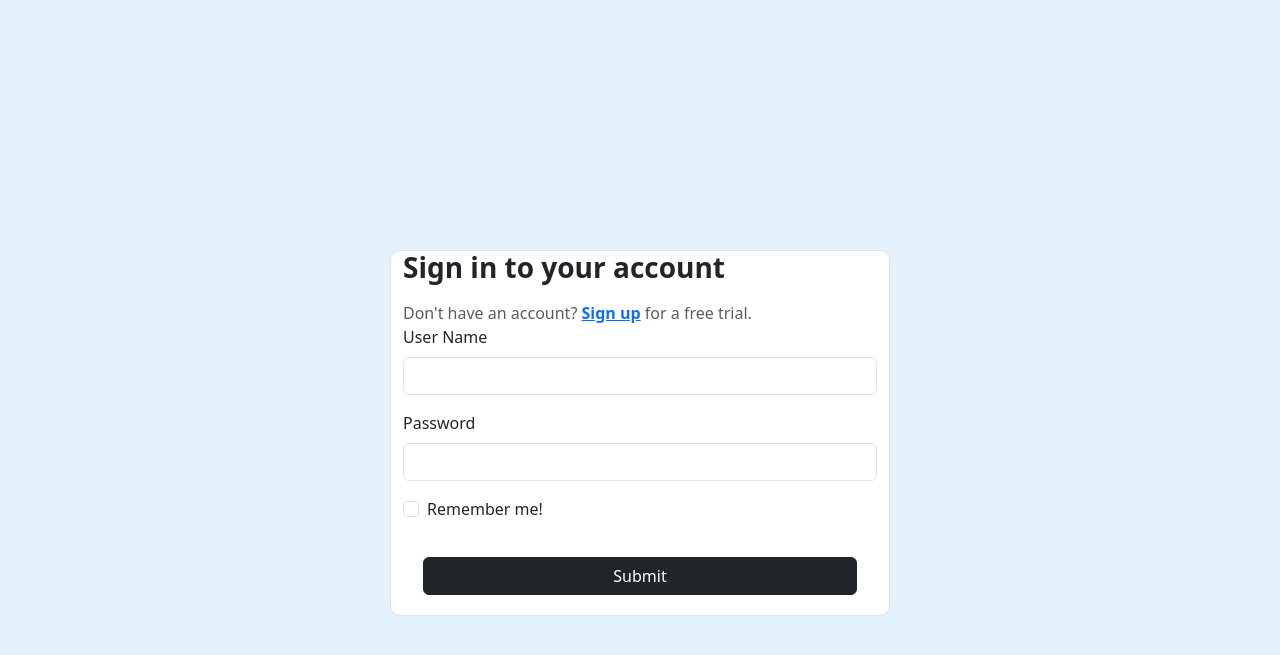
Repository: tranhuuan1703/BaiTapServlet
Page: http://localhost/bai_tap_jsp_servlet/loginPageController
These files come from the project's save history. The page is drawn as it stood at one moment and after the next save; the edit follows.
The browser window is 1280 px wide. The pictures show the whole page.
The page is served by Tomcat 9. Other server files are loaded and not shown.

Above is the page before, as saved 2024-08-14 07:02:23.

### bai_tap_jsp_servlet/bai_tap_jsp_servlet/src/main/webapp/views/login.jsp
<%@ page language="java" contentType="text/html; charset=UTF-8"
    pageEncoding="UTF-8"%>


<%@ taglib prefix = "c" uri = "http://java.sun.com/jsp/jstl/core" %>
<!DOCTYPE html>
<html>
<head>
<meta charset="UTF-8">
<title>Insert title here</title>
<link href="https://cdn.jsdelivr.net/npm/bootstrap@5.3.3/dist/css/bootstrap.min.css"
		rel="stylesheet"
		integrity="sha384-QWTKZyjpPEjISv5WaRU9OFeRpok6YctnYmDr5pNlyT2bRjXh0JMhjY6hW+ALEwIH"
		crossorigin="anonymous">
<link href="<c:url value="/css/base.css"/>" rel="stylesheet" type="text/css" />
<script src="https://cdn.jsdelivr.net/npm/bootstrap@5.3.3/dist/js/bootstrap.bundle.min.js"
		integrity="sha384-YvpcrYf0tY3lHB60NNkmXc5s9fDVZLESaAA55NDzOxhy9GkcIdslK1eN7N6jIeHz"
		crossorigin="anonymous"></script>
<script src="https://ajax.googleapis.com/ajax/libs/jquery/1.12.0/jquery.min.js"></script>
</head>

<body>

	<%

		String userNameError = request.getAttribute("message_userName")+"";
		String passWordError = request.getAttribute("message_passWord")+"";

		String userName = request.getAttribute("userName")+"";
		String passWord = request.getAttribute("passWord")+"";

		userNameError = (!userNameError.equals("null"))? userNameError: "";
		passWordError = (!passWordError.equals("null"))? passWordError: "";

		userName = (!userName.equals("null"))? userName: "";
		passWord = (!passWord.equals("null"))? passWord: "";


	%>



	<div class="container border bg-white" style="margin-top:250px; width:500px; border-radius: 10px;">
		 <div class="w-md-50 mx-auto px-10 px-md-0 py-10">

		 	<div class="mb-10">
                <a class="d-inline-block d-lg-none mb-10" href="/pages/dashboard.html">
                    <img src="../../img/logos/logo-dark.svg" class="h-rem-10" alt="...">
                </a>
                <h1 class="ls-tight fw-bolder h3">Sign in to your account</h1>
                <div class="mt-3 text-sm text-muted"><span>Don't have an account?</span>
                    <a href="/pages/register.html" class="fw-semibold">Sign up</a> for a free trial.
                </div>
            </div>


		<form action="login" method="post">
		  <!-- message div-->
		  <div class="mb-3">
		    <label for="exampleInputEmail1" class="form-label">User Name</label>
		    <input type="text" class="form-control" id="exampleInputEmail1" aria-describedby="emailHelp" name="email" value="<%= userName %>" required>
		    <span class="rq"><%= userNameError %></span>

		  </div>

		  <div class="mb-3">
		    <label for="exampleInputPassword1" class="form-label">Password</label>
		    <input type="password" class="form-control" id="exampleInputPassword1" name="password" value="<%= passWord %>" required>
		    <span class="rq"><%= passWordError %></span>
		  </div>

		  <div class="mb-3 form-check">
		    <input type="checkbox" class="form-check-input" id="exampleCheck1" name="rememberMe">
		    <label class="form-check-label" for="exampleCheck1" >Remember me!</label>
		  </div>
		  <div class="grid text-center" style="padding:20px;">
		  	<button type="submit" class="btn btn-dark w-100">Submit</button>
		  </div>

		</form>


		 </div>


	</div>



</body>

</html>

### bai_tap_jsp_servlet/bai_tap_jsp_servlet/src/main/java/controller/loginPageController.java
package controller;

import java.io.IOException;
import java.sql.ResultSet;

import javax.servlet.ServletException;
import javax.servlet.annotation.WebServlet;
import javax.servlet.http.Cookie;
import javax.servlet.http.HttpServlet;
import javax.servlet.http.HttpServletRequest;
import javax.servlet.http.HttpServletResponse;
import javax.servlet.http.HttpSession;

import dao.loginDao;
import entity.Admin;

/**
 * Servlet implementation class loginPageController
 */
@WebServlet("/loginPageController")
public class loginPageController extends HttpServlet {
	private static final long serialVersionUID = 1L;

    /**
     * @see HttpServlet#HttpServlet()
     */
    public loginPageController() {
        super();
        // TODO Auto-generated constructor stub
    }

	/**
	 * @see HttpServlet#doGet(HttpServletRequest request, HttpServletResponse response)
	 */
	protected void doGet(HttpServletRequest request, HttpServletResponse response) throws ServletException, IOException {
		// TODO Auto-generated method stub
		Cookie[] cookies = request.getCookies();
		HttpSession session =  request.getSession();

		// lay parameters. Neu khong co cookie thi lay input gia tri trong input
		String useName = null;
		String passWord = null;

		if (cookies != null) {

			// loop de chon gia tri trong name cookie va gia tri trong password cookie
			for (Cookie cookie : cookies) {
                if (cookie.getName().equals("useName")) {
                    useName = cookie.getValue();
                }
                if (cookie.getName().equals("PassWord")) {
                    passWord = cookie.getValue();
                }
			}
		}


		if (useName != null && passWord != null) {
			loginDao lg = new loginDao();										// khoi tao su object Dao de xu ly login
			Admin admin = new Admin(useName, passWord);
			ResultSet check = lg.login(admin.getEmail(), admin.getPassWord()); // kiem tra gia tai khoan email va password co nam trong database login

			try {
				if(check.next()) {

					// lay thong tin da truy van fullnam, emaill, password
					String emailAccount = check.getString("emailadress");
					String passWordAccount = check.getString("userPassword");
					String nameAccount = check.getString("fullName");


					// so sanh email va pass word co dung hoan toan hay khong
					if (admin.getEmail().equals(emailAccount) && admin.getPassWord().equals(passWordAccount)) {

						admin.setFullName(nameAccount);
						// tao session
						session.setAttribute("accountAdmin", admin);
						// redirect den trang hom
						response.sendRedirect("home?page=1");

					}
				}
			}catch(Exception e) {
				e.printStackTrace();
			}
		}else {
			request.setAttribute("userName", useName);
			request.setAttribute("passWord", passWord);

			// forward den trang login
			request.getRequestDispatcher("/views/login.jsp").forward(request, response);
		}
		}


//	}

	/**
	 * @see HttpServlet#doPost(HttpServletRequest request, HttpServletResponse response)
	 */
	protected void doPost(HttpServletRequest request, HttpServletResponse response) throws ServletException, IOException {
		// TODO Auto-generated method stub
		doGet(request, response);
	}

}

### bai_tap_jsp_servlet/bai_tap_jsp_servlet/src/main/webapp/css/base.css
@charset "UTF-8";



	/* styles.css */

body{
	background-color: #e3f2fd;
}

/* Phong cách cơ bản của popup */
.popup {
    display: none; /* Ẩn popup mặc định */
    position: fixed;
    z-index: 1;
    left: 0;
    top: 0;
    width: 100%;
    height: 100%;
    overflow: auto;
    background-color: rgba(0, 0, 0, 0.5); /* Màu nền mờ */
}

/* Nội dung của popup */
.popup-content {
    background-color: white;
    margin: 15% auto; /* Căn giữa */
    padding: 20px;
    border: 1px solid #888;
    width: 80%;
    max-width: 700px; /* Giới hạn chiều rộng */
}

/* Nút đóng popup */
.close-btn {
    color: #aaa;
    float: right;
    font-size: 28px;
    font-weight: bold;
}

.close-btn:hover,
.close-btn:focus {
    color: black;
    text-decoration: none;
    cursor: pointer;
}


.intro {
  height: 100%;
}

table td,
table th {
  text-overflow: ellipsis;
  white-space: nowrap;
  overflow: hidden;
}

thead th {
  color: #fff;
}

.card {
  border-radius: .5rem;
}

.table-scroll {
  border-radius: .5rem;
}

.table-scroll table thead th {
  font-size: 1.25rem;
}
thead {
  top: 0;
  position: sticky;
}

/* bao loi */
.rq{
		color: red;
	}

After the next save:
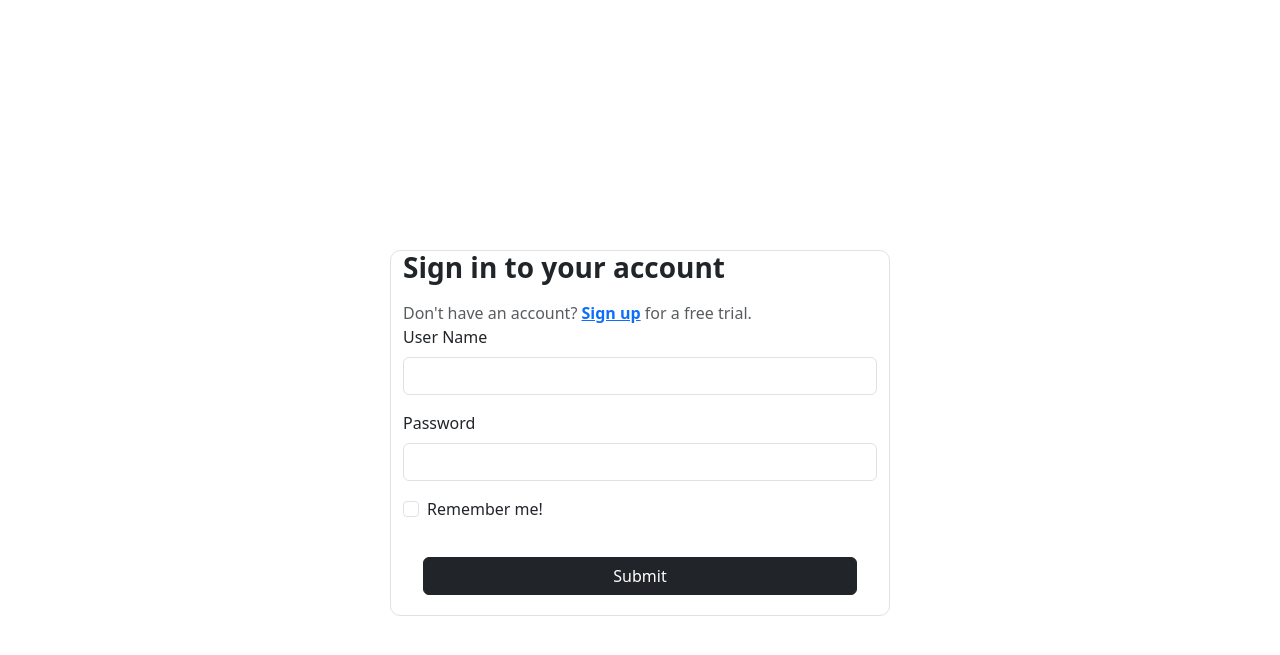
Saved 41 s later.
--- a/bai_tap_jsp_servlet/bai_tap_jsp_servlet/src/main/webapp/css/base.css
+++ b/bai_tap_jsp_servlet/bai_tap_jsp_servlet/src/main/webapp/css/base.css
@@ -4,9 +4,6 @@
 
 	/* styles.css */
 
-body{
-	background-color: #e3f2fd;
-}
 
 /* Phong cách cơ bản của popup */
 .popup {
